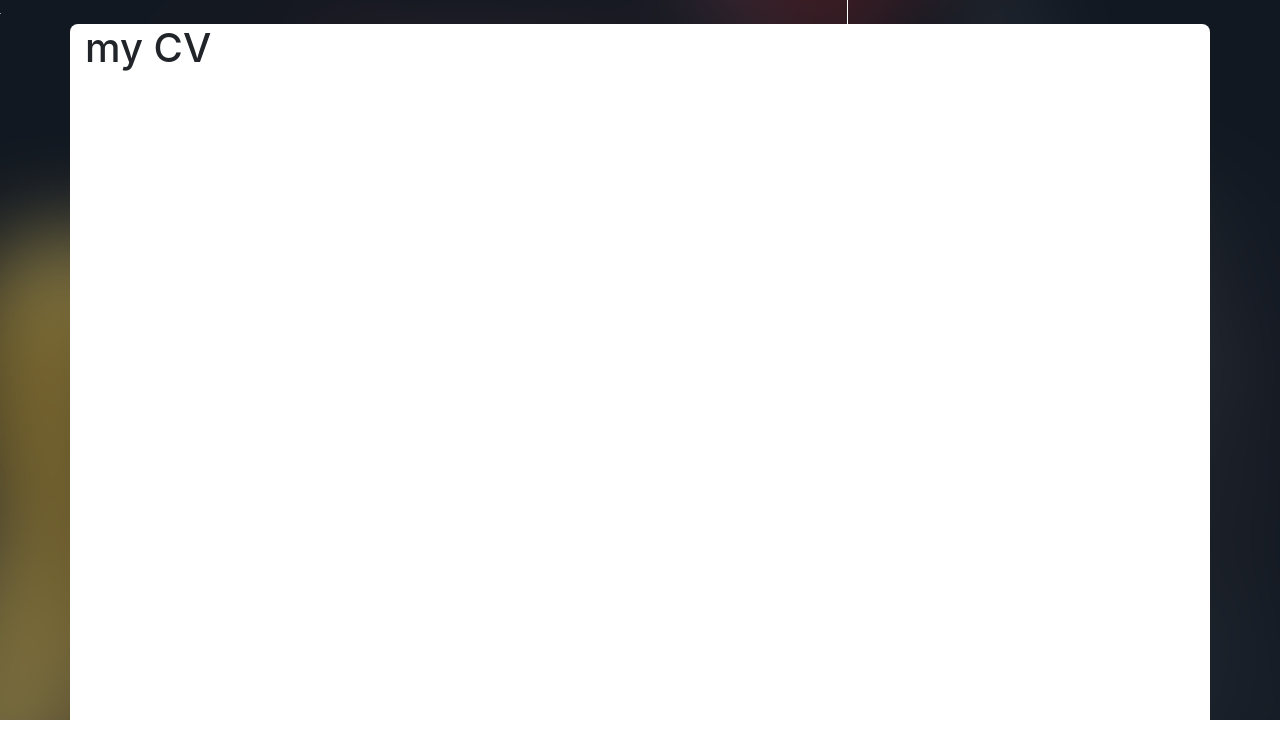
Repository: Yondo202/svProject
Page: /
An editor plug-in stored every save of this project. The page is shown before and after the next save, followed by the edit.
The browser window is 1280 px wide. The pictures show the whole page.
The project was rebuilt for these pictures with package versions that can differ from the ones it lists, and the page was loaded fresh each time. The framework's server and built-in components were replaced by stand-ins that run in the browser. Also part of the build but not shown: next.config.js, style/style.scss.

Above is the page before, as saved 2020-11-18 19:32:11.

### pages/_app.js
import React from "react";
import App from "next/app";
import '../style/style.scss'
import { AnimatePresence } from "framer-motion";
import { MenuProvider } from "@/miscs/ContextMenuProvider";
import { ThemeProvider } from "styled-components";
import * as theme from "@/miscs/theme";
import checkLanguage from "@/components/miscs/checkLanguage";

const base = "http://localhost:1337";

class MyApp extends App {
    state = {
        menu: [],
        completelyLoaded: false,
    };
    // async componentDidMount() {
    //     let res = await checkLanguage(queryString, null);
    //     this.setState({ completelyLoaded: true, menu: res.data.menu.Main});
    // }

    render() {
        const { Component, pageProps, router } = this.props;

        return (
            <ThemeProvider theme={theme}>
                <MenuProvider value={this.state}>
                    <AnimatePresence exitBeforeEnter>
                        <Component {...pageProps} key={router.route} />
                    </AnimatePresence>
                </MenuProvider>
            </ThemeProvider>
        );
    }
}

export default MyApp;

const queryString = ``

// const queryString = `
// {
// menu {
//     Main {
//     Title Slug Page {
//         Slug
//         }
//         }
//     }
// }`;

### pages/_document.js
import css from '../style/style.scss'
import Document, { Html, Head, Main, NextScript } from 'next/document'
import Pixel from "@/components/miscs/Pixel";

class MyDocument extends Document {
    render(){
        return(
            <Html lang="mn">
                <Head>
                    <link rel="stylesheet" href="https://stackpath.bootstrapcdn.com/bootstrap/4.3.1/css/bootstrap.min.css" integrity="sha384-ggOyR0iXCbMQv3Xipma34MD+dH/1fQ784/j6cY/iJTQUOhcWr7x9JvoRxT2MZw1T" crossOrigin="anonymous"/>
                    <link rel="shortcut icon" href="/img/ico.png" />
                    <link href="https://fonts.googleapis.com/css2?family=Roboto:wght@300;400;700&display=swap" rel="stylesheet"/>
                    <link href="https://fonts.googleapis.com/css2?family=Poppins:wght@300;400;500&display=swap" rel="stylesheet"></link>
                    <Pixel/>
                </Head>
                <body>
                    <Main/>
                    <NextScript/>
                </body>
            </Html>
        )
    }
}

export default MyDocument

### pages/index.js
import React from "react";
import { motion } from "framer-motion";
import Background from '../components/Top'
import Forms from '../components/Forms'

function index() {
    return (
        <div>
            <Background />
            <Forms />
        </div>
    )
}

export default index




























// import Root from "@/core/Root";
// import ResolveComponent from "@/components/dynamic/ResolveComponent"
// import checkLanguage from "@/components/miscs/checkLanguage";
// import { MenuContext } from '@/miscs/ContextMenuProvider'
// import { useContext } from "react";

// const Index = ({ data }) => {

//     let { Layout } = data
//     const { completelyLoaded } = useContext(MenuContext);

//     return (
//         <motion.div exit={{ opacity: 0 }} initial={{ opacity: 0 }} animate={{ opacity: 1 }} >
//             <Root noFooter>
//                 {completelyLoaded &&
//                     <ResolveComponent data={Layout} />
//                 }
//             </Root>
//         </motion.div>
//     );

// };
// export default Index;

// export async function getServerSideProps({ params, req }) {
//     let res = await checkLanguage('/home', req, true);
//     return { props: { data: res.data } }
// }

### components/miscs/ContextMenuProvider.js
import React from 'react';

const MenuContext = React.createContext();

const MenuProvider = MenuContext.Provider
const MenuConsumer = MenuContext.Consumer

export {MenuProvider, MenuConsumer, MenuContext}

### components/miscs/theme.js
export const colorOne = "#532532";
export const colorTwo = "#123123";
export const fontSize = "16px";
export const fontFamily1 = "Poppins', sans-serif"

### components/miscs/checkLanguage.js
import fetch from "node-fetch";
import parseCookies from '@/miscs/parseCookies';

const checkLanguage = async (queryString, req, normal) =>{

    const cookies = parseCookies(req);
    const httpObject = { method: 'post', headers: { 'Content-Type': 'application/json'}, body: JSON.stringify({ query: `query ${queryString}`})}

    if(normal){
        return new Promise(async(resolve, reject) => {
            if(cookies['tb-lang'] === "en"){
                const res = await fetch(`http://localhost:1337${queryString}`);
                const pageData = await res.json();
                return resolve({data: pageData});
            }
            else{
                const res = await fetch(`http://localhost:1337${queryString}`);
                const pageData = await res.json();
                return resolve({data: pageData});
            }
        })
    }

    return new Promise(async(resolve, reject)=>{
      if(cookies['tb-lang'] === "en"){
          const res = await fetch('http://localhost:1337/graphql', httpObject)
          const pageData = await res.json()
          return resolve({data: pageData.data});
      }
      else{
          const res = await fetch('http://localhost:1337/graphql', httpObject)
          const pageData = await res.json()
          return resolve({data: pageData.data});
      }
    })

}

export default checkLanguage

### components/miscs/Pixel.js
import React from "react";

export default () => (
    <React.Fragment>
        <script
            dangerouslySetInnerHTML={{
                __html: `!function(f,b,e,v,n,t,s){if(f.fbq)return;n=f.fbq=function(){n.callMethod?n.callMethod.apply(n,arguments):n.queue.push(arguments)};if(!f._fbq)f._fbq=n;n.push=n;n.loaded=!0;n.version='2.0';n.queue=[];t=b.createElement(e);t.async=!0;t.src=v;s=b.getElementsByTagName(e)[0];s.parentNode.insertBefore(t,s)}(window,document,'script','https://connect.facebook.net/en_US/fbevents.js');fbq('init', '626874991348714'); fbq('track', 'PageView');`,
            }}
        />
        <noscript
            dangerouslySetInnerHTML={{
                __html: `<img height="1" width="1" src="https://www.facebook.com/tr?id=626874991348714&ev=PageView&noscript=1"/>`,
            }}
        />
    </React.Fragment>
);

### components/Top.js
// import React from 'react';

// const Test = ({data}) => {
//     return (
//         <div>
//             {data.Title && <h1>{data.Title}hahhaha</h1>}
//         </div>
//     );
// };

// export default Test;

import React from 'react'
import styled from 'styled-components'
function top({data}) {
    return (
        // <Conainer style={{backgroundImage: `url("https://jevelin.shufflehound.com/business/wp-content/uploads/sites/39/2019/11/Rectangle-1-copy-7.jpg?id=10")`}}>
        <Conainer style={{backgroundImage:"url('/img/Blur.png')"}}>
            {/* <img src="/img/Blur.png"/> */}
        </Conainer>
    )
}

export default top


const Conainer = styled.div`
    color:white;
    background-size: cover;
    background-position:center center;
    min-height: 80vh;
    max-height: 100vh;
    height: 100vh;
    width: 100%;
    position: fixed;
    top:0;
    z-index: -2;
`

### components/Forms.js
import React from 'react'
import styled from 'styled-components'
import Modal from 'react-modal';


const customStyles = {
    content : {
      top                   : '50%',
      left                  : '50%',
      right                 : 'auto',
      bottom                : 'auto',
      marginRight           : '-50%',
      transform             : 'translate(-50%, -50%)'
    }
  };

function Forms() {

    var subtitle;
    const [modalIsOpen,setIsOpen] = React.useState(false);
    function openModal() {
      setIsOpen(true);
    }
    function afterOpenModal() {
        // references are now sync'd and can be accessed.
        subtitle.style.color = '#0E3232';
      }

    function closeModal(){
    setIsOpen(false);
    }

    return (
        <Conainer style={{backgroundColor:"white"}} className="container">

          <div className="Header">
              <h1>my CV</h1>
          </div>

        {/* <div>
            <button onClick={openModal}>Open Modal</button>
                <Modal
                    isOpen={modalIsOpen}
                    onAfterOpen={afterOpenModal}
                    onRequestClose={closeModal}
                    style={customStyles}
                    contentLabel="Example Modal"
                >
                    <h2 ref={_subtitle => (subtitle = _subtitle)}>Hello</h2>
                    <button onClick={closeModal}>close</button>
                    <div>I am a modal</div>
                    <div>I am a modal</div>
                    <div>I am a modal</div>
                    <div>I am a modal</div>
                    <div>I am a modal</div>
                    <div>I am a modal</div>
                    <form>
                    <input />
                    <button>tab navigation</button>
                    <button>stays</button>
                    <button>inside</button>
                    <button>the modal</button>
                    </form>
                </Modal>
        </div> */}
        </Conainer>
    )
}

export default Forms


const Conainer = styled.div`
    height:100vh;
    // margin-top:5vh;
    border-radius:8px;
    z-index:0;
`

### components/miscs/parseCookies.js
import cookie from 'cookie'

export default function parseCookies(req) {
    return cookie.parse(req ? req.headers.cookie || "" : document.cookie);
}

After the next save:
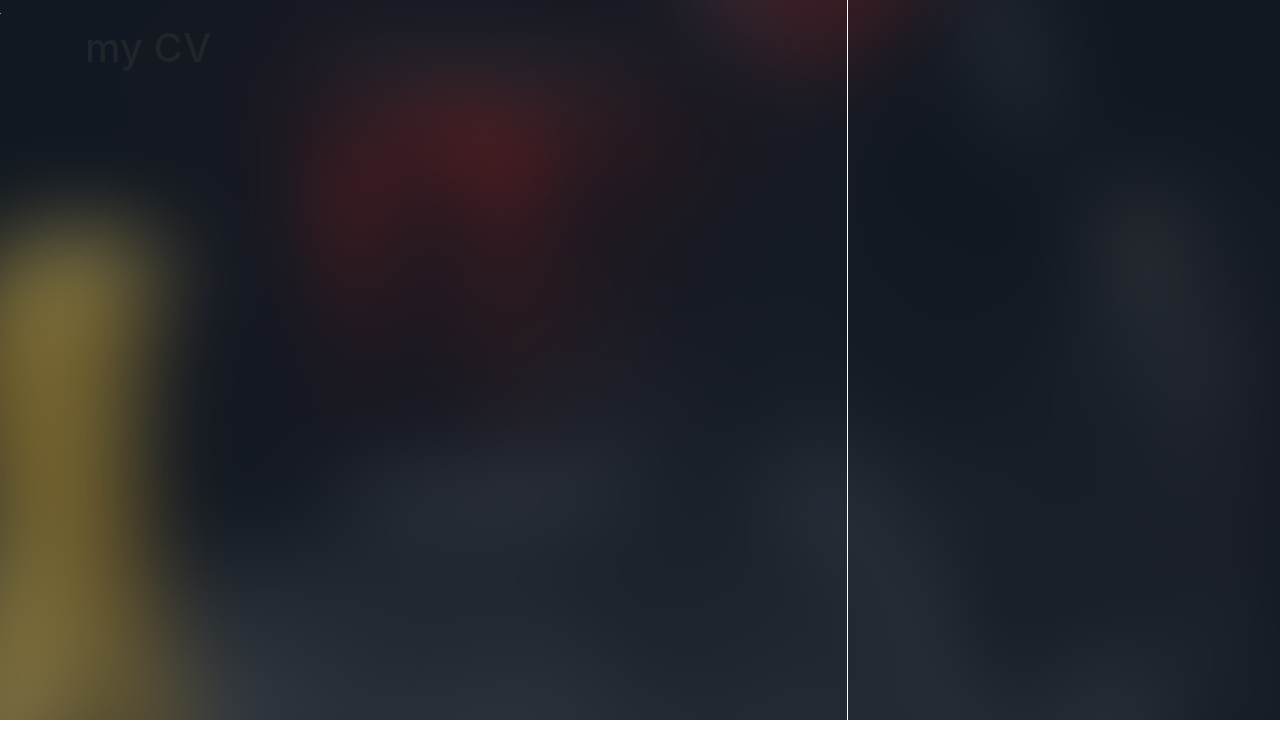
Saved 104 min 37 s later.
--- a/components/Forms.js
+++ b/components/Forms.js
@@ -31,7 +31,7 @@ function Forms() {
     }
 
     return (
-        <Conainer style={{backgroundColor:"white"}} className="container">
+        <Conainer  className="container">
 
           <div className="Header">
               <h1>my CV</h1>
